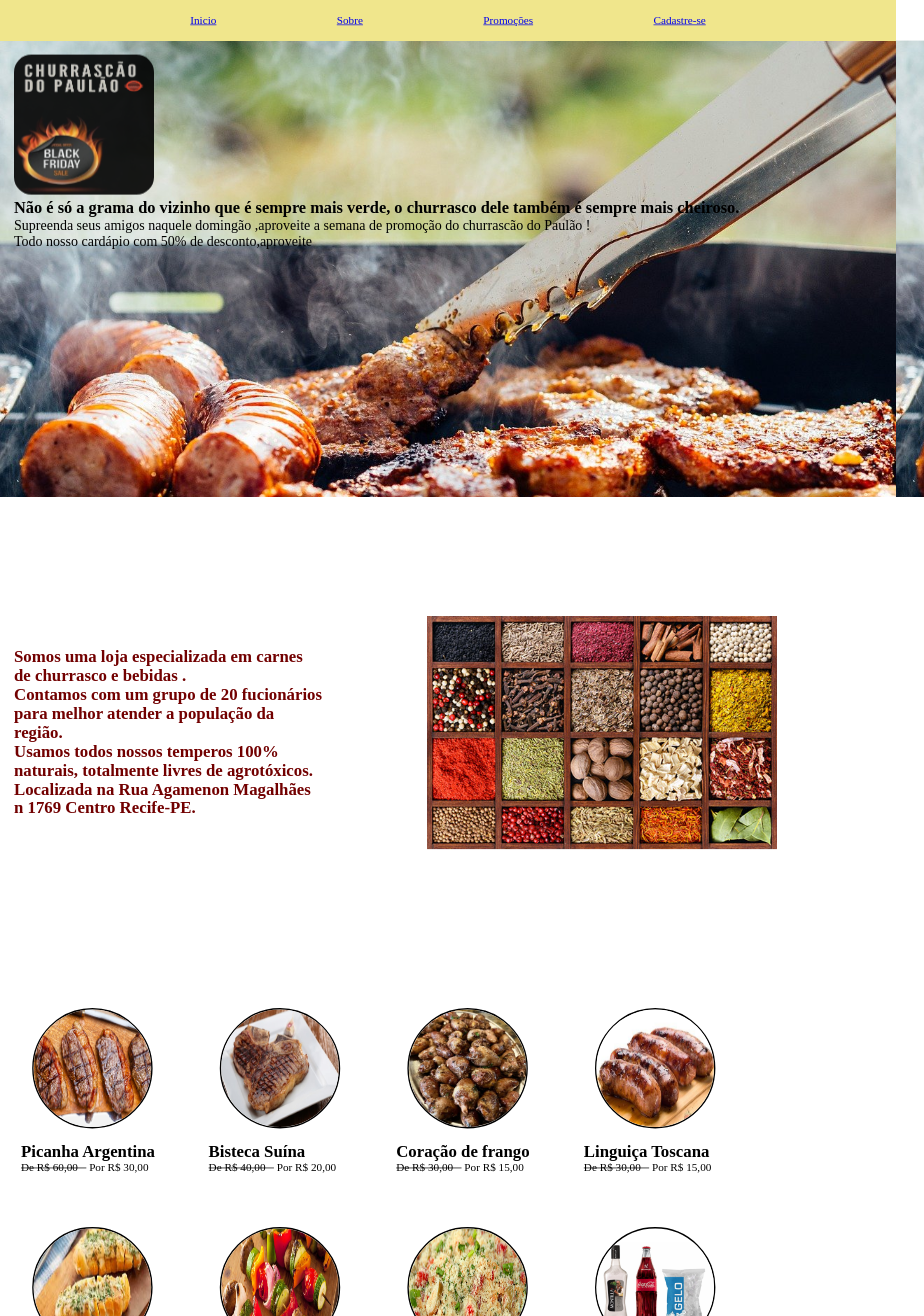
Repository: PauloMarquess/ProjetoBlackFriday
Page: index.html
An editor plug-in stored every save of this project. The page is shown before and after the next save, followed by the edit.
The browser window is 1280 px wide. The page is 1320 px wide, so the pictures cover 1320 px, including what lies to the right of the window. The pictures show the part of the page from y = 0 to 1880 px (the page is 2872 px tall), at 70% of full size.

Above is the page before, as saved 2021-07-15 20:33:35.

### index.html
<!DOCTYPE html>
<html lang="pt-Br">

<head>
    <meta charset="UTF-8">
    <meta http-equiv="X-UA-Compatible" content="IE=edge">
    <meta name="viewport" content="width=device-width, initial-scale=1.0">
    <link rel="stylesheet" href="./css/style.css">
    <title>Churrascão do Paulão</title>
</head>

<body>
    <header role="navigation" id="menu">
        <div class="container-menu">
            <nav class="menu">

                <a href="#">Inicio</a>
                <a href="#sobre">Sobre</a>
                <a href="#produtos">Promoções</a>
                <a href="#formulario">Cadastre-se</a>

            </nav>
        </div>
    </header>

    <section class="container background-section">
        <img src="./img/icone.jpeg ">
        <h3>Não é só a grama do vizinho que é sempre mais verde, o churrasco dele também é sempre mais cheiroso.</h3>
        <p>Supreenda seus amigos naquele domingão ,aproveite a semana de promoção do churrascão do Paulão !</p>
        <p>Todo nosso cardápio com 50% de desconto,aproveite</p>

    </section>

    <section id="sobre">
        <div class="container-sobre">
            <h2>Somos uma loja especializada em carnes de churrasco e bebidas . <br>
             Contamos com um grupo de 20 fucionários para melhor atender a população da região.<br>
             Usamos todos nossos temperos 100% naturais, totalmente livres de agrotóxicos.
            <br>Localizada na Rua Agamenon Magalhães n 1769 Centro  Recife-PE.</h2>

            <img src="./img/temperos-naturais-imagem.jpg">
        </div>

    </section>
    <div class="container-card">

    <section id="produtos">
        <div class="card">
            <img src="./img/picanha.jpg" alt="Picanha Argentina">
            <h2>Picanha Argentina</h2>
            <p><s> De R$ 60,00  &nbsp;&nbsp;</s>   Por R$ 30,00</p>
        </div>

        <div class="card">
            <img src="./img/bisteca_suina.jpg" alt="Bisteca Suína">
            <h2>Bisteca Suína</h2>
            <p><s> De R$ 40,00  &nbsp;&nbsp;</s>   Por R$ 20,00</p>
        </div>

        <div class="card">
            <img src="./img/Coração-De-Frango.jpg" alt="Coração de frango">
            <h2>Coração de frango</h2>
            <p><s> De R$ 30,00  &nbsp;&nbsp;</s>   Por R$ 15,00</p>
        </div>

        <div class="card">
            <img src="./img/linguica_toscana.jpg" alt="Linguiça Toscana">
            <h2>Linguiça Toscana</h2>
            <p><s> De R$ 30,00  &nbsp;&nbsp;</s>   Por R$ 15,00</p>
        </div>

        <div class="card">
            <img src="./img/pao-de-alho.jpg" alt="Pão de alho">
            <h2>Pão de Alho</h2>
            <p><s> De R$ 12,00  &nbsp;&nbsp;</s>   Por R$ 6,00</p>
        </div>

        <div class="card">
            <img src="./img/espetinho_de_legumes.jpeg" alt="Espetinho de Legumes">
            <h2>Espeto de Legumes</h2>
            <p><s> De R$ 10,00  &nbsp;&nbsp;</s>   Por R$ 5,00</p>
        </div>

        <div class="card">
            <img src="./img/farofa-leve-para-churrasco.jpg" alt="Farofa da casa">
            <h2>Farofa da casa</h2>
            <p><s> De R$ 10,00  &nbsp;&nbsp;</s>   Por R$ 5,00</p>
        </div>

        <div class="card">
            <img src="./img/ron-coca-gelo.png" alt="kit ron coca gelo">
            <h2>Kit Ron/coca/gelo</h2>
            <p><s> De R$ 60,00  &nbsp;&nbsp;</s>   Por R$ 30,00</p>
        </div>

    </section>

</div>

        <div class="container-cadastro">
    <section id="formulario">

        <div id="content">
            <form id="form">
                <input type="text" placeholder="   Digite Seu nome" id="name">
                <input type="email" placeholder="   Digite seu Email" id="email">
                <input type="submit" value="Cadastrar">

            </form>
        </div>
     </div>
    </section>
    <footer>2021 Todos os direitos reservadoos |Proibida Reprodução Sem Autorização Expressa!</footer>

</body>
<script src="./script.js"></script>

</html>

### css/style.css
* {
    padding: 0;
    margin:0;
    list-style: none;


}
html{
    scroll-behavior: smooth;
}

header {
    position: sticky;
    top: 0;
    background-color: khaki;



}
header .container-menu{
    display: flex;
    flex-direction: row;
    align-items: center;
    justify-content: space-around;
    padding: 20px;


}
header .container-menu a {
    margin: 4rem;
    padding: 20px;
}

header nav a:hover {
    color: #a8a8a7;
}


.container{
    width: 100%;
    height: 85vh;
    display: inline-block;
    align-items: center;
    color: black;
    font-size: 20px;
    padding: 20px;
}
.container img {
    width: 200px;
    height: 200px;
    border-radius: 25px;
    opacity: 90%;

}
.background-section {
    background-image: url(../img/barbecue-820010_1280.jpg)

}

#sobre {
    width: 100%;
    height: 95vh;

}
#sobre .container-sobre {
    padding: 20px;
    align-items: center;
    display: flex;

}
#sobre .container-sobre img {
    padding: 150px;
    font-size: 1rem;

}
#sobre .container-sobre h2 {
    color: #720000;
}

#produtos {
    width: 100%;
    height: 100vh;
}
#produtos img{
    width: 168px;
   height: 168px;
   border-radius: 103%;
   border: 2px solid black;
   margin: 1rem;
}

.container-card #produtos .card {
    display:inline-block;
    align-items: center;
    margin: 30px;


  }

.container-cadastro {
    width:100%;
    height: 100vh;
    justify-content: center;
}

#formulario {
    display: flex;
    justify-content: center;
    background-color: green;
    border-radius: 25px;
    padding: 25px;
    align-items: center;
    width: 500px;
    height: 300px;
    text-align: center;



}



input {
   width: 100%;
   border-radius: 12px;
   height: 30px;
   margin-bottom: 10px;
   text-align: center;

}

  footer {
      padding-bottom: 20px;
      align-items: center;
      display: flex;
      justify-content: center;
  }

### script.js
const form = document.getElementById ('form')

form.addEventListener('submit',(e) =>{
    e.preventDefault()
    let nome =document.getElementById('name').value;
    let email =document.getElementById('email').value;
    console.log(nome,email)
    let data ={
        nome,email,
    }
let converteData =JSON.stringify(data);
localStorage.setItem('lead',converteData)

let content = document.getElementById('content')

let carregando = `<p>carregando...</p>`

let enviado =`<p>Cadastrado com sucesso</p>`

content.innerHTML =carregando

setTimeout(() => {
content.innerHTML = enviado
},1500)

})

After the next save:
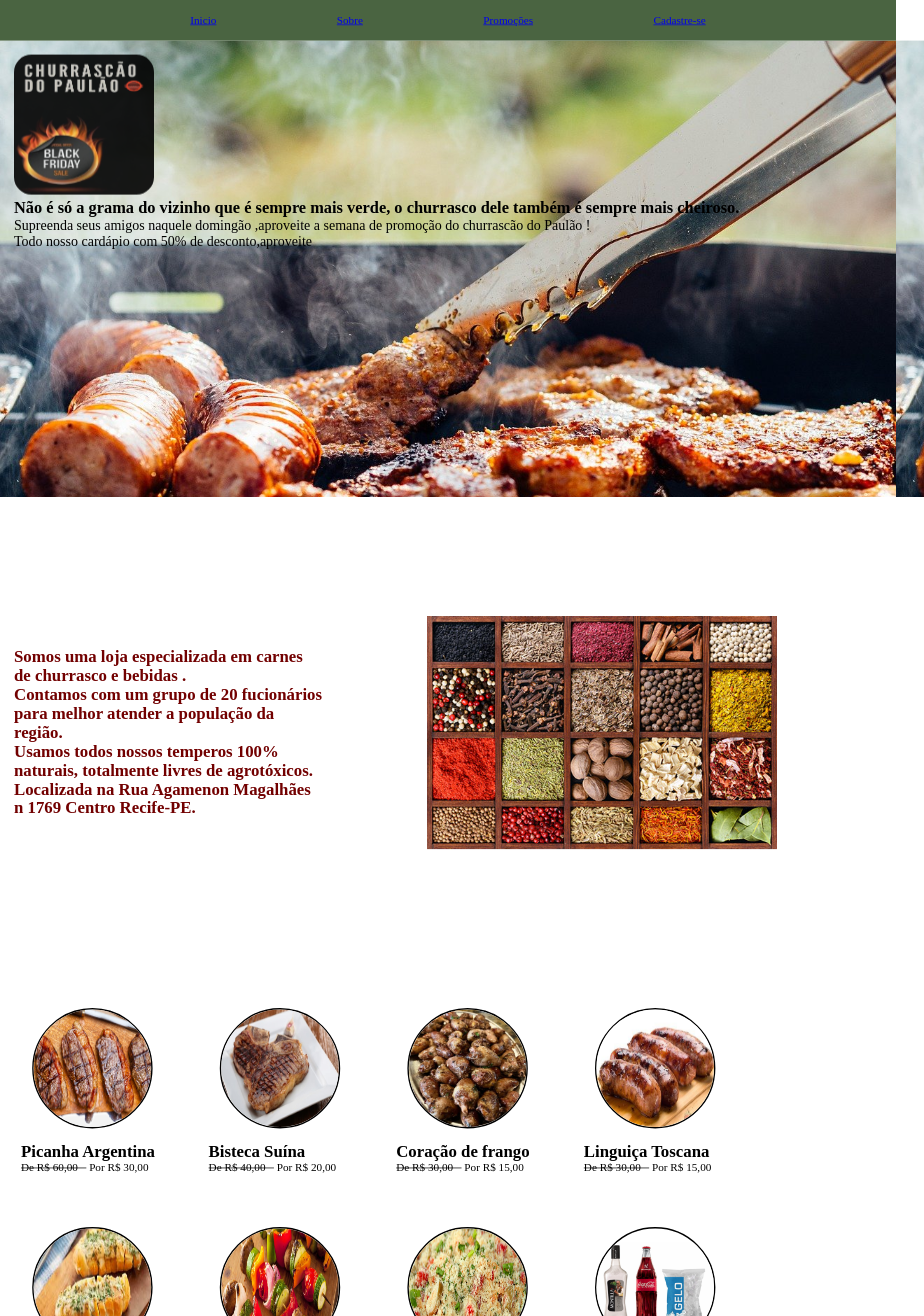
Saved 85 s later.
--- a/css/style.css
+++ b/css/style.css
@@ -12,7 +12,7 @@
 header {
     position: sticky;
     top: 0;
-    background-color: khaki;
+    background-color:#3b5731eb;
 
 
 
